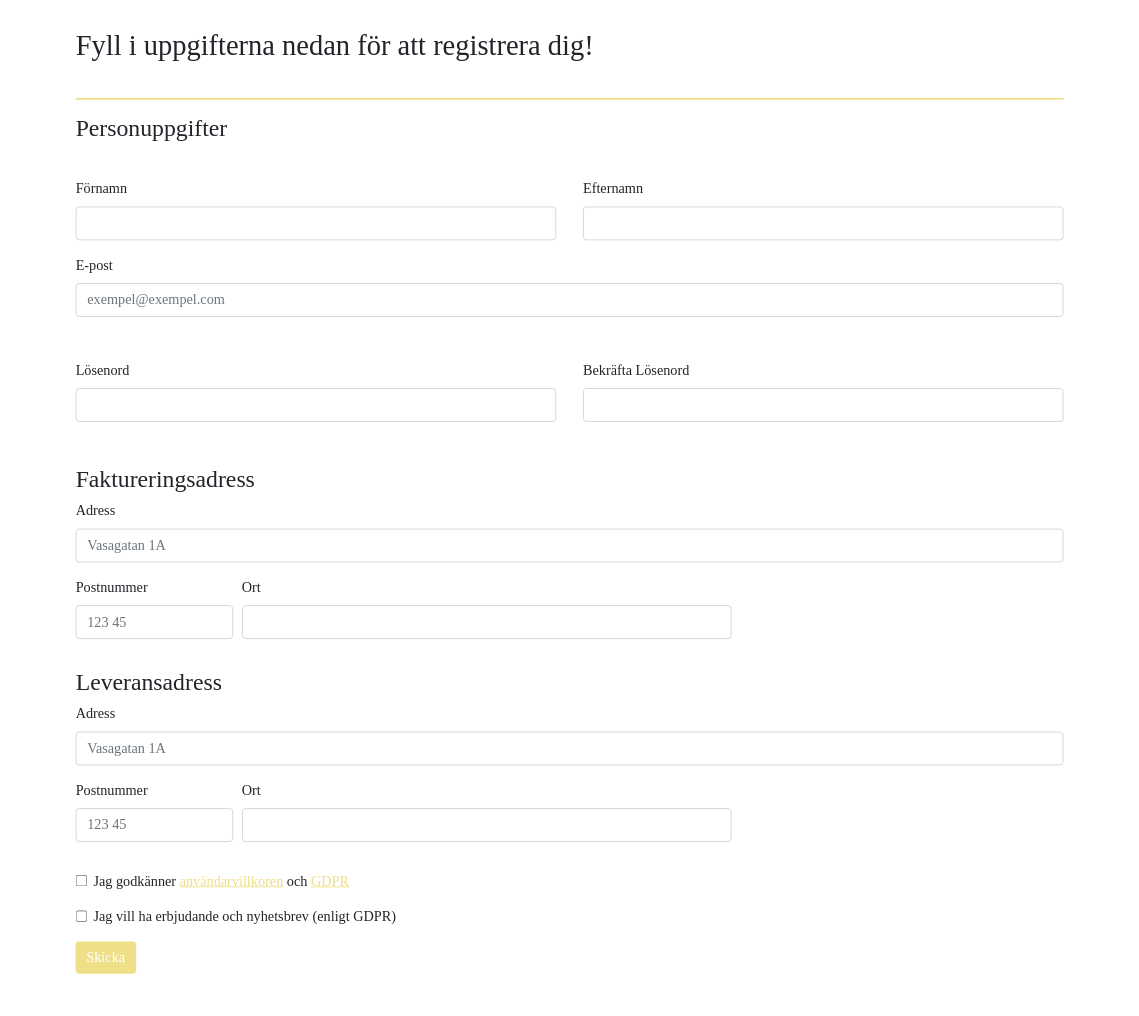
Repository: skepp4rn/Liamsuppgift3
Page: index.html
These files come from the project's save history. The page is drawn as it stood at one moment and after the next save; the edit follows.
The browser window is 1280 px wide. The pictures show the whole page, at 89% of full size.
Some web libraries are served in a nearby version.

Above is the page before, as saved 2020-12-06 13:23:30.
Console error (its wording comes from the project's code and is left out).

After the next save:
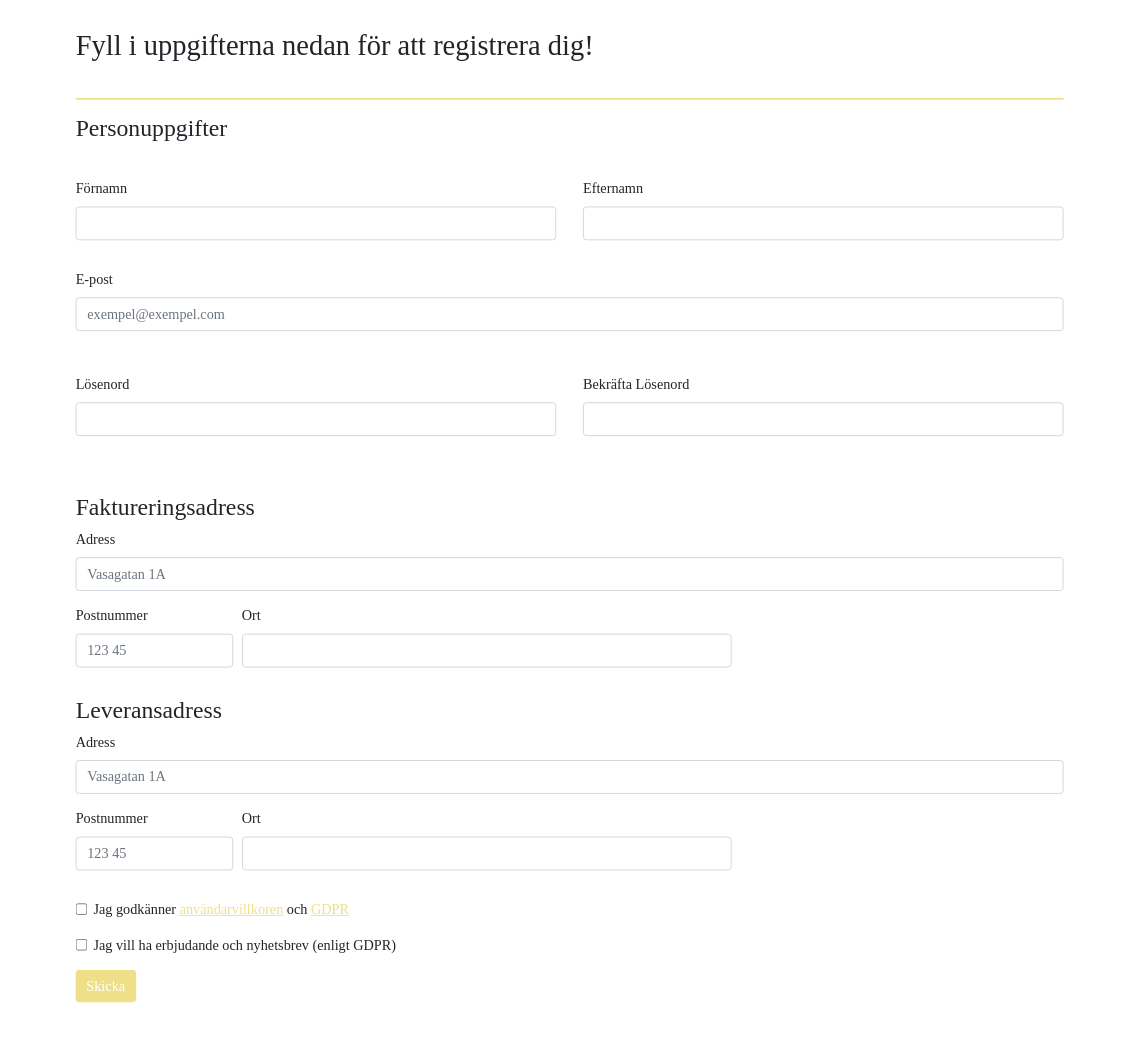
Saved 21 s later.
--- a/css/style.css
+++ b/css/style.css
@@ -3,9 +3,9 @@
 html,body{margin:0;padding:0;font-family:'Times New Roman', Times, serif}
 h3{font-size:20pt}.container{width:95vw;margin:auto}
 .row{padding-top:2rem;display:grid;grid-template-columns:2fr;grid-template-rows:2fr 2fr}
-.col{padding-bottom:1rem}
+.col{padding-bottom:2rem}
 .whitespace{height:3rem}
-@media (min-width: 758px){.row{display:grid;grid-template-rows:1fr;grid-template-columns:1fr 1fr}
+@media (min-width: 768px){.row{display:grid;grid-template-rows:2fr;grid-template-columns:2fr 2fr}
 .closepage{width:10vw;height:6vw !important;font-size:20pt}
 .formReg1{grid-template-rows:15fr 1fr !important;padding-top:2rem;padding-bottom:2rem}
 .thanks{width:70vw;margin:auto;height:40vw}
